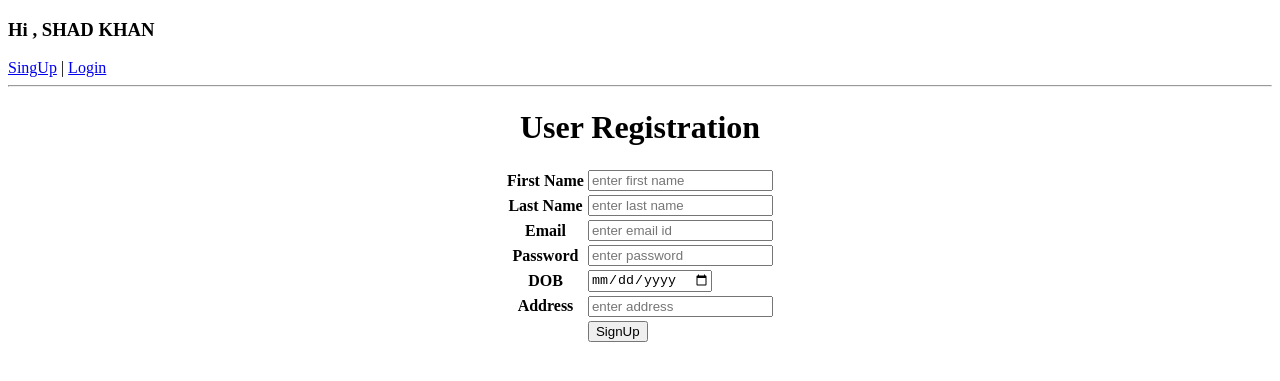
Repository: shadkhan8815/Advance-java
Page: http://localhost/Web-Project/UserRegistrationView.jsp
The author's editor kept a copy of each file at every save. The page is drawn from the files as they stood at one save, then again after the next save.
The browser window is 1280 px wide. The pictures show the whole page.
The page is served by Tomcat 9. Other server files are loaded and not shown.

Above is the page before, as saved 2025-04-24 09:11:08.

### Web-Project/WebContent/UserRegistrationView.jsp
<%@ page language="java" contentType="text/html; charset=ISO-8859-1"
	pageEncoding="ISO-8859-1"%>
<!DOCTYPE html>
<html>
<head>
<meta charset="ISO-8859-1">
<title>Insert title here</title>
</head>
<body>
	<%@ include file="Header.jsp"%>
	<h1 align="center">User Registration</h1>

	<%
		String msg = (String) request.getAttribute("msg");
	%>

	<%
		if (msg != null) {
	%>
	<h3 align="center"><%=msg%></h3>
	<%
		}
	%>

	<form action="UserRegistrationCtl" method="post">
		<center>
			<table>
				<tr>
					<th>First Name</th>
					<td><input type="text" name="firstName"
						placeholder="enter first name"></td>
				</tr>

				<tr>
					<th>Last Name</th>
					<td><input type="text" name="lastName"
						placeholder="enter last name"></td>
				</tr>

				<tr>
					<th>Email</th>
					<td><input type="email" name="loginId"
						placeholder="enter email id"></td>
				</tr>

				<tr>
					<th>Password</th>
					<td><input type="password" name="password"
						placeholder="enter password"></td>
				</tr>

				<tr>
					<th>DOB</th>
					<td><input type="date" name="dob"></td>
				</tr>

				<tr>
					<th>Address</th>
					<td><input type="address" name="address"
						placeholder="enter address"></td>
				</tr>

				<tr>
					<th></th>
					<td><input type="submit" value="SignUp" name="operation"></td>
				</tr>
			</table>
		</center>

	</form>

</body>
</html>

### Web-Project/WebContent/Header.jsp
<%@ page language="java" contentType="text/html; charset=ISO-8859-1"
	pageEncoding="ISO-8859-1"%>
<!DOCTYPE html>
<html>
<head>
<meta charset="ISO-8859-1">
<title>Insert title here</title>
</head>
<body>
	<h3>Hi , SHAD KHAN</h3>
	<a href="UserRegistrationCtl">SingUp</a> |
	<a href="LoginCtl">Login</a>
	<hr>
</body>
</html>

After the next save:
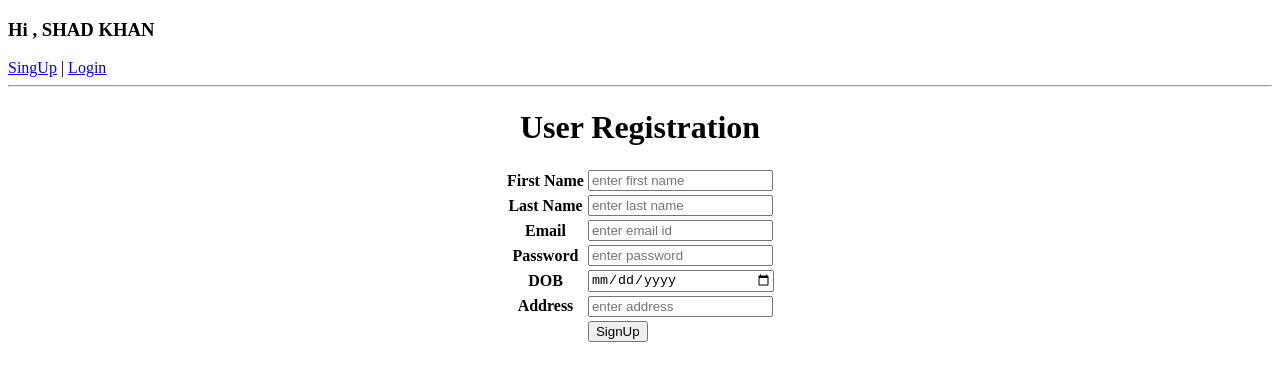
Saved 11 min 39 s later.
--- a/Web-Project/WebContent/UserRegistrationView.jsp
+++ b/Web-Project/WebContent/UserRegistrationView.jsp
@@ -51,7 +51,7 @@
 
 				<tr>
 					<th>DOB</th>
-					<td><input type="date" name="dob"></td>
+					<td><input type="date" name="dob" style="width: 98%"></td>
 				</tr>
 
 				<tr>
